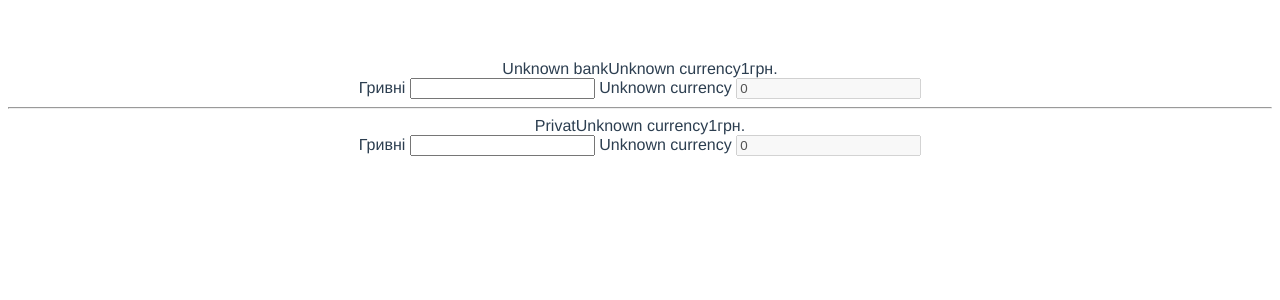
Repository: KYUUBI-K/HTML
Page: / (app in За 2 курс/VUe.js/kichen/)
An editor plug-in stored every save of this project. The page is shown before and after the next save, followed by the edit.
The browser window is 1280 px wide. The pictures show the whole page.
The project was rebuilt for these pictures with package versions that can differ from the ones it lists, and the page was loaded fresh each time.

Above is the page before, as saved 2021-09-15 12:10:24.

After the next save:
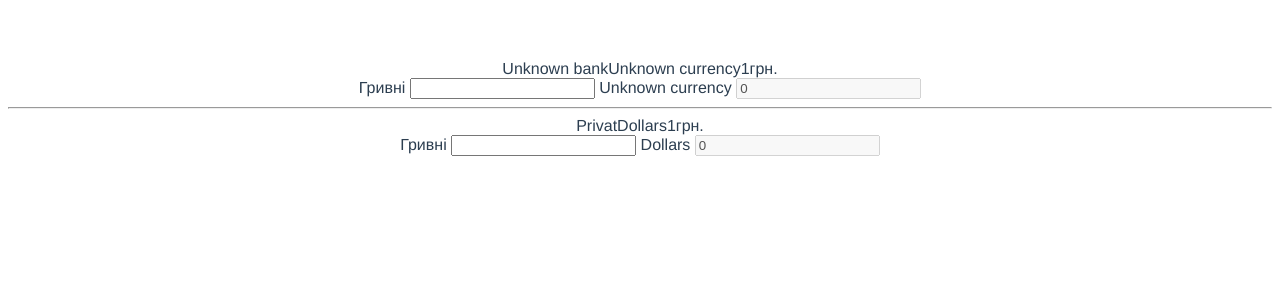
Saved 2 min 4 s later.
--- a/За 2 курс/VUe.js/kichen/src/App.vue
+++ b/За 2 курс/VUe.js/kichen/src/App.vue
@@ -4,7 +4,7 @@
     <hr>
     <converter
       bank-title = 'Privat'
-      curency-title = 'Dollars'
+      currency-title = 'Dollars'
       :cource = 27
     />
   </div>
